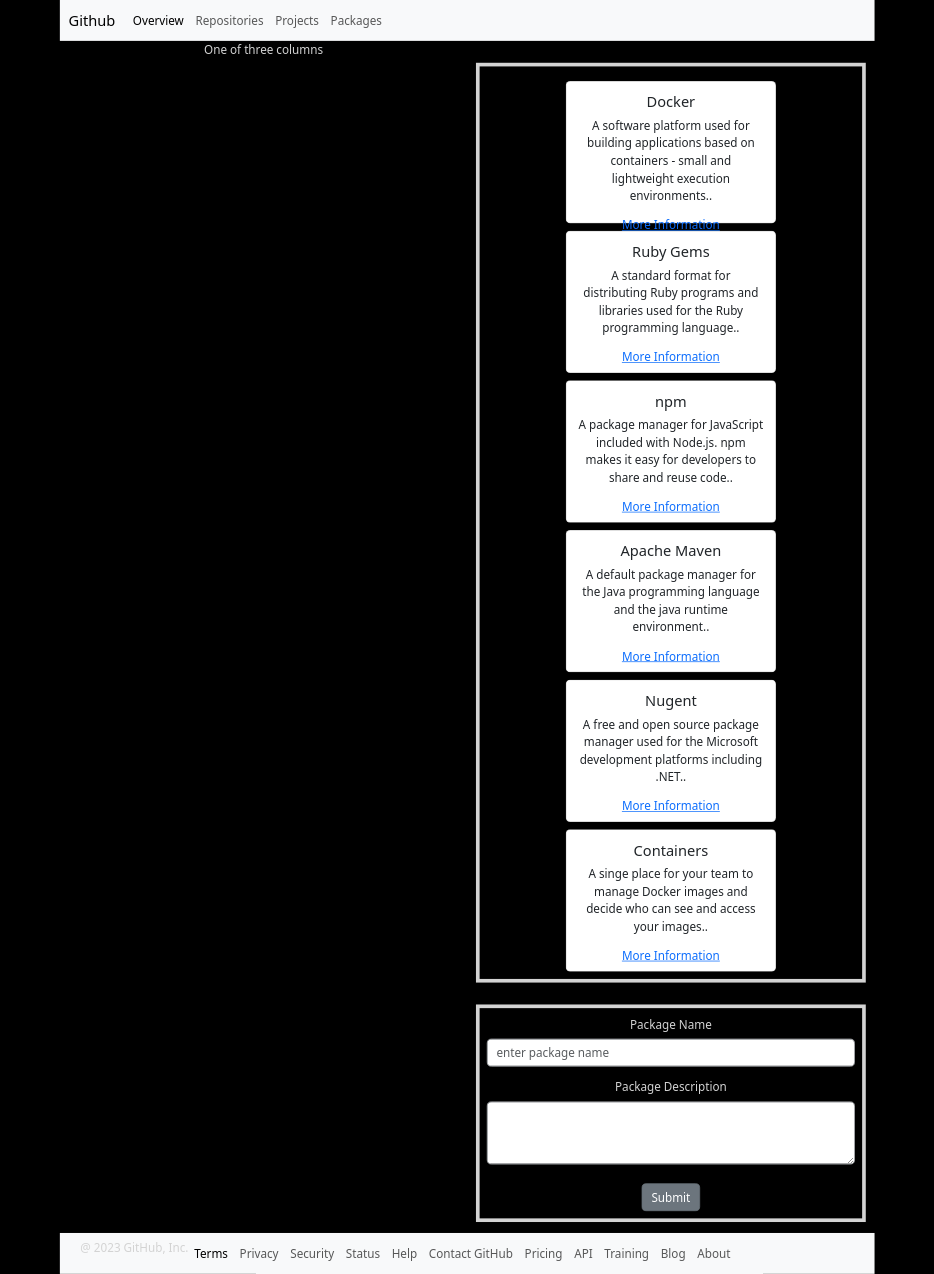
Repository: nss-evening-cohort-E23/gitsub-pull-request-posse
Page: packages.html
An editor plug-in stored every save of this project. The page is shown before and after a run of saves, followed by the edit.
The browser window is 1280 px wide. The pictures show the whole page, at 73% of full size.

Above is the page before, as saved 2023-05-09 19:15:14.

### packages.html
<!DOCTYPE html>
<html lang="en">
<head>
  <meta charset="UTF-8">
  <meta http-equiv="X-UA-Compatible" content="IE=edge">
  <meta name="viewport" content="width=device-width, initial-scale=1.0">
  <link href="https://cdn.jsdelivr.net/npm/bootstrap@5.3.0-alpha3/dist/css/bootstrap.min.css" rel="stylesheet" integrity="sha384-KK94CHFLLe+nY2dmCWGMq91rCGa5gtU4mk92HdvYe+M/SXH301p5ILy+dN9+nJOZ" crossorigin="anonymous">
  <link rel="stylesheet" href="packages.css">
  <title>Packages</title>
</head>
<body>
  <div class="container" id="master">
    <div id="navigate">
      <nav class="navbar navbar-expand-lg bg-body-tertiary">
        <div class="container-fluid">
          <a class="navbar-brand" href="#">Github</a>
          <button class="navbar-toggler" type="button" data-bs-toggle="collapse" data-bs-target="#navbarNavAltMarkup" aria-controls="navbarNavAltMarkup" aria-expanded="false" aria-label="Toggle navigation">
            <span class="navbar-toggler-icon"></span>
          </button>
          <div class="collapse navbar-collapse" id="navbarNavAltMarkup">
            <div class="navbar-nav">
              <a class="nav-link active" aria-current="page" href="#">Overview</a>
              <a class="nav-link" href="#">Repositories</a>
              <a class="nav-link" href="#">Projects</a>
              <a class="nav-link" href="#">Packages</a>
            </div>
          </div>
        </div>
      </nav>
    </div>
   <div class="container text-center">
    <div class="row align-items-start">
    <!-- 2 columns | first column for static bio -->
    <div class="col" id="bio">
      One of three columns

    </div>
    <div class="col">
      <!-- <h2><b><u>Packages</u></b></h2> -->
      <div id="packages"></div>
      <form class="form">
      <div id="newPackage">
      <div class="mb-3">
        <label for="exampleFormControlInput1" class="form-label">Package Name</label>
        <input type="text" class="form-control" id="exampleFormControlInput1" placeholder="enter package name">
      </div>
      <div class="mb-3">
        <label for="exampleFormControlTextarea1" class="form-label">Package Description</label>
        <textarea class="form-control" id="exampleFormControlTextarea1" rows="3"></textarea>
      </div>
      <button type="button" class="btn btn-secondary" id="newSubmit">Submit</button>
    </div>
  </form>
  </div>
  </div>
</div>
<!-- Footer -->

<div class="footer">
<nav class="navbar navbar-expand-lg bg-body-tertiary">
  <div class="container-fluid">
    <a class="navbar-brand" href="#"></a>
    <button class="navbar-toggler" type="button" data-bs-toggle="collapse" data-bs-target="#navbarNav" aria-controls="navbarNav" aria-expanded="false" aria-label="Toggle navigation">
      <span class="navbar-toggler-icon"></span>
    </button>
    <div class="collapse navbar-collapse" id="footer">
      <p>@ 2023 GitHub, Inc.</p>
      <div id="ftr-links">
      <ul class="navbar-nav">
        <li class="nav-item">
          <a class="nav-link active" aria-current="page" href="#">Terms</a>
        </li>
        <li class="nav-item">
          <a class="nav-link" href="#">Privacy</a>
        </li>
        <li class="nav-item">
          <a class="nav-link" href="#">Security</a>
        </li>
        <li class="nav-item">
          <a class="nav-link" href="#">Status</a>
        </li>
        <li class="nav-item">
          <a class="nav-link" href="#">Help</a>
        </li>
      </ul>

      <ul class="navbar-nav">
        <li class="nav-item">
          <a class="nav-link" href="#">Contact GitHub</a>
        </li>
        <li class="nav-item">
          <a class="nav-link" href="#">Pricing</a>
        </li>
        <li class="nav-item">
          <a class="nav-link" href="#">API</a>
        </li>
        <li class="nav-item">
          <a class="nav-link" href="#">Training</a>
        </li>
        <li class="nav-item">
          <a class="nav-link" href="#">Blog</a>
        </li>
        <li class="nav-item">
          <a class="nav-link" href="#">About</a>
        </li>
      </ul>
    </div>
  </div>
</nav>
</div>
</div>
</div>
</div>
  <script src="main.js"></script>
  <script src="https://cdn.jsdelivr.net/npm/bootstrap@5.3.0-alpha3/dist/js/bootstrap.bundle.min.js" integrity="sha384-ENjdO4Dr2bkBIFxQpeoTz1HIcje39Wm4jDKdf19U8gI4ddQ3GYNS7NTKfAdVQSZe" crossorigin="anonymous"></script>
</body>
</html>

### packages.css
body {
  background-color: black;
  color: lightgray;
  flex: auto;
}

#master {
  display: flex;
  flex-direction: column;
  height: 100vh;
}

#navigate {
  flex: none;



}

.footer {
  margin-top: auto;
  justify-content: space-around;

}

#ftr-links {
  display: flex;
  flex-direction: row;
  justify-content: space-between;

}

#packages {
  display: flex;
  flex-direction: row;
  flex-wrap: wrap;
  justify-content: space-around;
  margin: 0 auto;
  width: 100%;
  border: 5px solid lightgray;
  padding: 10px;
  margin-top: 30px;

}

.card {
 height: 195px;
 margin-top: 10px;
}

#newPackage {
  border: 5px solid lightgray;
  margin-top: 30px;
  margin-bottom: 15px;
  padding: 10px;
}

#newSubmit {
  margin-top: 10px;
}

### main.js

const renderToDom = (divId, htmltoRender) => {
  let targetedDiv = document.getElementById(divId);
  targetedDiv.innerHTML = htmltoRender;
};

const reposCardsOnDom = () => {
  let domString = "";
  domString += `

  `;
};

// packages array
const packages = [
  {
    id: 1,
    name: 'Docker',
    description: 'A software platform used for building applications based on containers - small and lightweight execution environments.',

  },

  {
    id: 2,
    name: 'Ruby Gems',
    description: 'A standard format for distributing Ruby programs and libraries used for the  Ruby programming language.',

  },

  {
    id: 3,
    name: 'npm',
    description: 'A package manager for JavaScript included with Node.js. npm makes it easy for developers to share and reuse code.',

  },

  {
    id: 4,
    name: 'Apache Maven',
    description: 'A default package manager for the Java programming language and the java runtime environment.',

  },

  {
    id: 5,
    name: 'Nugent',
    description: 'A free and open source package manager used for the Microsoft development platforms including .NET.',

  },

  {
    id: 6,
    name: 'Containers',
    description: 'A singe place for your team to manage Docker images and decide who can see and access your images.',
  },
]

// packages
const packagesOnDom = (array) => {
  let domString = "";

// package cards
for (const package of array) {
  domString += `<div class="card" style="width: 18rem;" id="pkgs">
  <div class="card-body">
    <h5 class="card-title">${package.name}</h5>
    <p class="card-text">${package.description}.</p>
    <a href="#" class="card-link">More Information</a>
  </div>
</div>`
}
renderToDom("packages", domString);

}
packagesOnDom(packages);

const startApp = () => {
  packagesOnDom(packages);
}

const form = document.querySelector('.form');

const createNewPackage = (e) => {
  e.preventDefault();

  const newPackage = {
    id: packages.length + 1,
    name: document.querySelector('#name').value,
    description: document.querySelector('#description').value,
  }

  packages.push(newPackage);
  packagesOnDome(packages);
  form.reset();
}

form.addEventListener('')

After the next 2 saves:
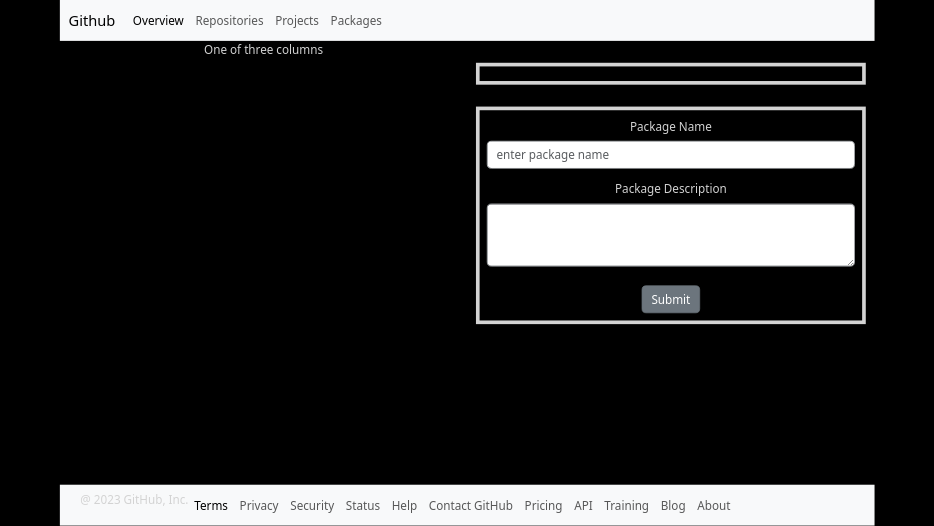
Console error: SyntaxError: Invalid or unexpected token
The 2 saves are shown as one change because they came seconds apart.
The last was saved 8 s later.
--- a/main.js
+++ b/main.js
@@ -94,4 +94,4 @@
   form.reset();
 }
 
-form.addEventListener('')
+form.addEventListener('submit)

After the 6 saves that followed:
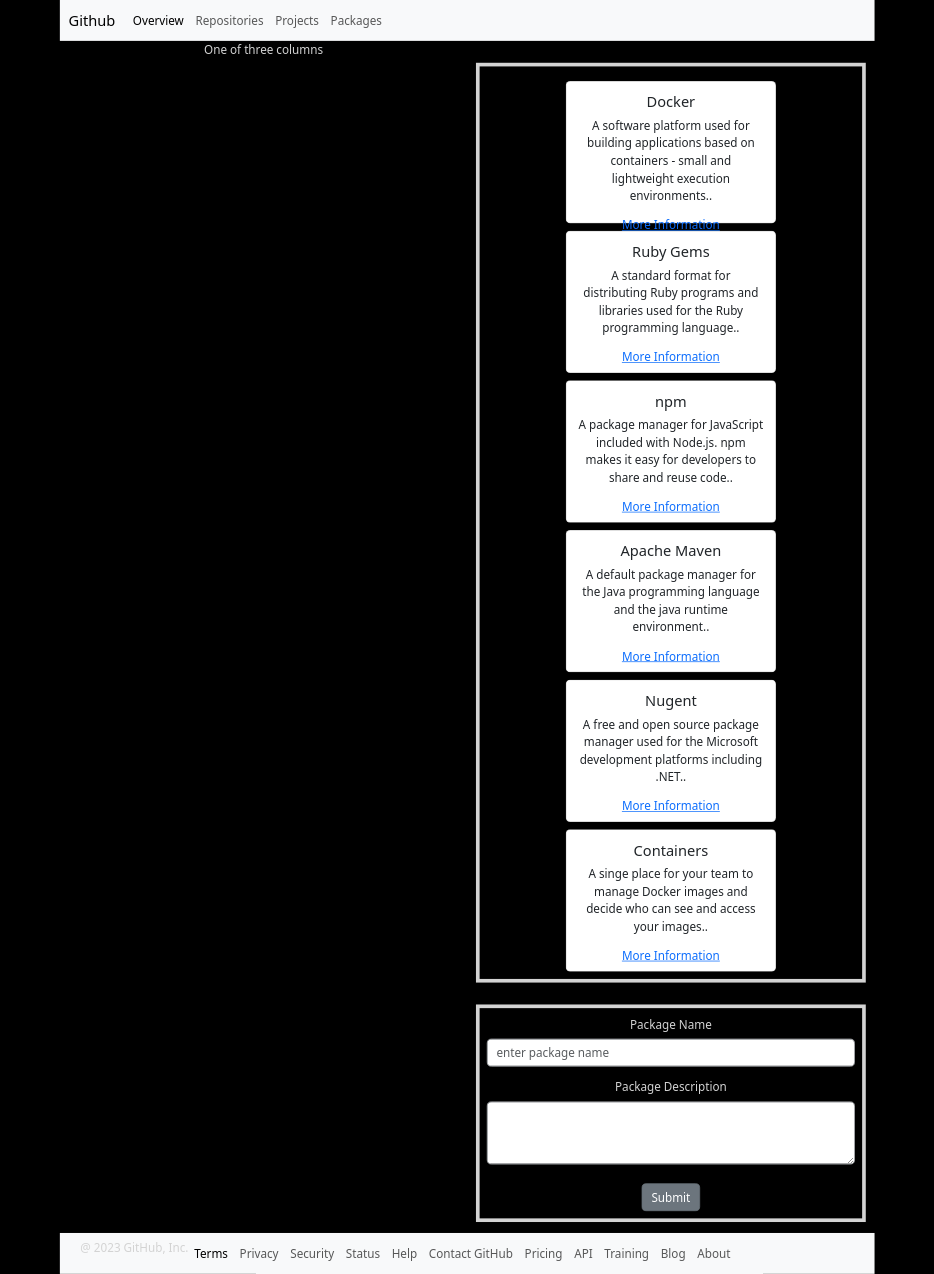
The error is gone.
The 6 saves are shown as one change because 2 left the picture as it was and some came seconds apart.
The last was saved 25 s later.
--- a/main.js
+++ b/main.js
@@ -94,4 +94,4 @@
   form.reset();
 }
 
-form.addEventListener('submit)
+form.addEventListener('submit', createNewPackage);
